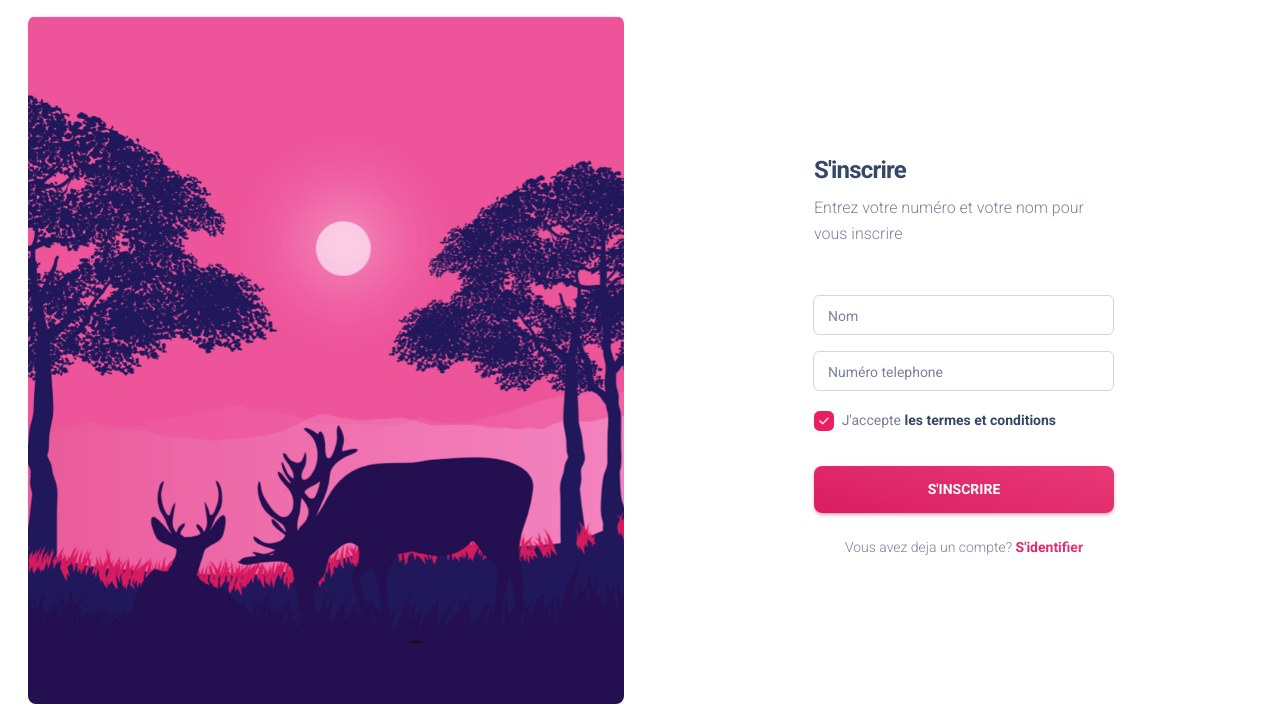
Repository: mohamedaliamri/atlasweb
Page: http://localhost/atlasweb/material-dashboard-master/pages/sign-up.jsp
The author's editor kept a copy of each file at every save. The page is drawn from the files as they stood at one save, then again after the next save.
The browser window is 1280 px wide. The pictures show the whole page.
Some web libraries are served in a nearby version. The page is served by Tomcat 9. Other server files are loaded and not shown.

Above is the page before, as saved 2022-04-03 20:06:24.

### atlasweb/src/main/webapp/material-dashboard-master/pages/sign-up.jsp
<%@ page language="java" contentType="text/html; charset=UTF-8"
    pageEncoding="UTF-8"%>

<!DOCTYPE html>
<html lang="en">

<head>
  <meta charset="utf-8" />
  <meta name="viewport" content="width=device-width, initial-scale=1, shrink-to-fit=no">
  <link rel="apple-touch-icon" sizes="76x76" href="../assets/img/apple-icon.png">
  <link rel="icon" type="image/png" href="../assets/img/favicon.png">
  <title>
    ATLAS WORLD
  </title>
  <!--     Fonts and icons     -->
  <link rel="stylesheet" type="text/css" href="https://fonts.googleapis.com/css?family=Roboto:300,400,500,700,900|Roboto+Slab:400,700" />
  <!-- Nucleo Icons -->
  <link href="../assets/css/nucleo-icons.css" rel="stylesheet" />
  <link href="../assets/css/nucleo-svg.css" rel="stylesheet" />
  <!-- Font Awesome Icons -->
  <script src="https://kit.fontawesome.com/42d5adcbca.js" crossorigin="anonymous"></script>
  <!-- Material Icons -->
  <link href="https://fonts.googleapis.com/icon?family=Material+Icons+Round" rel="stylesheet">
  <!-- CSS Files -->
  <link id="pagestyle" href="../assets/css/material-dashboard.css?v=3.0.1" rel="stylesheet" />
</head>

<body class="">
  <div class="container position-sticky z-index-sticky top-0">
    <div class="row">
      <div class="col-12">
      </div>
    </div>
  </div>
  <main class="main-content  mt-0">
    <section>
      <div class="page-header min-vh-100">
        <div class="container">
          <div class="row">
            <div class="col-6 d-lg-flex d-none h-100 my-auto pe-0 position-absolute top-0 start-0 text-center justify-content-center flex-column">
              <div class="position-relative bg-gradient-primary h-100 m-3 px-7 border-radius-lg d-flex flex-column justify-content-center" style="background-image: url('../assets/img/illustrations/illustration-signup.jpg'); background-size: cover;">
              </div>
            </div>
            <div class="col-xl-4 col-lg-5 col-md-7 d-flex flex-column ms-auto me-auto ms-lg-auto me-lg-5">
              <div class="card card-plain">
                <div class="card-header">
                  <h4 class="font-weight-bolder">S'inscrire</h4>
                  <p class="mb-0">Entrez votre numéro et votre nom pour vous inscrire</p>
                </div>
                <div class="card-body">
                  <form role="form" method="post" action="http://localhost:8080/atlasweb/add">
                    <div class="input-group input-group-outline mb-3">
                      <label class="form-label">Nom</label>
                      <input type="text" class="form-control" name="name">
                    </div>
                    <div class="input-group input-group-outline mb-3">
                      <label class="form-label">Numéro telephone</label>
                      <input type="text" class="form-control" maxlength="8" name="phonenumber">
                    </div>
                    <div class="form-check form-check-info text-start ps-0">
                      <input class="form-check-input" type="checkbox" value="" id="flexCheckDefault" checked>
                      <label class="form-check-label" for="flexCheckDefault">
                        J'accepte <a href="javascript:;" class="text-dark font-weight-bolder">les termes et conditions</a>
                      </label>
                    </div>
                    <div class="text-center">
                      <button type="submit" class="btn btn-lg bg-gradient-primary btn-lg w-100 mt-4 mb-0" name="method" value="signup">S'inscrire</button>
                    </div>
                  </form>
                </div>
                <div class="card-footer text-center pt-0 px-lg-2 px-1">
                  <p class="mb-2 text-sm mx-auto">
                    Vous avez deja un compte?
                    <a href="../pages/sign-in.jsp" class="text-primary text-gradient font-weight-bold">S'identifier</a>
                  </p>
                </div>
              </div>
            </div>
          </div>
        </div>
      </div>
    </section>
  </main>
  <!--   Core JS Files   -->
  <script src="../assets/js/core/popper.min.js"></script>
  <script src="../assets/js/core/bootstrap.min.js"></script>
  <script src="../assets/js/plugins/perfect-scrollbar.min.js"></script>
  <script src="../assets/js/plugins/smooth-scrollbar.min.js"></script>
  <script>
    var win = navigator.platform.indexOf('Win') > -1;
    if (win && document.querySelector('#sidenav-scrollbar')) {
      var options = {
        damping: '0.5'
      }
      Scrollbar.init(document.querySelector('#sidenav-scrollbar'), options);
    }
  </script>
  <!-- Github buttons -->
  <script async defer src="https://buttons.github.io/buttons.js"></script>
  <!-- Control Center for Material Dashboard: parallax effects, scripts for the example pages etc -->
  <script src="../assets/js/material-dashboard.min.js?v=3.0.1"></script>
</body>

</html>

### atlasweb/src/main/webapp/material-dashboard-master/assets/css/nucleo-icons.css
/*--------------------------------

hermes-dashboard-icons Web Font - built using nucleoapp.com
License - nucleoapp.com/license/

-------------------------------- */
@font-face {
  font-family: 'NucleoIcons';
  src: url('../fonts/nucleo-icons.eot');
  src: url('../fonts/nucleo-icons.eot') format('embedded-opentype'), url('../fonts/nucleo-icons.woff2') format('woff2'), url('../fonts/nucleo-icons.woff') format('woff'), url('../fonts/nucleo-icons.ttf') format('truetype'), url('../fonts/nucleo-icons.svg') format('svg');
  font-weight: normal;
  font-style: normal;
}

/*------------------------
    base class definition
-------------------------*/
.ni {
  display: inline-block;
  font: normal normal normal 14px/1 NucleoIcons;
  font-size: inherit;
  text-rendering: auto;
  -webkit-font-smoothing: antialiased;
  -moz-osx-font-smoothing: grayscale;
}

/*------------------------
  change icon size
-------------------------*/
.ni-lg {
  font-size: 1.33333333em;
  line-height: 0.75em;
  vertical-align: -15%;
}

.ni-2x {
  font-size: 2em;
}

.ni-3x {
  font-size: 3em;
}

.ni-4x {
  font-size: 4em;
}

.ni-5x {
  font-size: 5em;
}

/*----------------------------------
  add a square/circle background
-----------------------------------*/
.ni.square,
.ni.circle {
  padding: 0.33333333em;
  vertical-align: -16%;
  background-color: #eee;
}

.ni.circle {
  border-radius: 50%;
}

/*------------------------
  list icons
-------------------------*/
.ni-ul {
  padding-left: 0;
  margin-left: 2.14285714em;
  list-style-type: none;
}

.ni-ul>li {
  position: relative;
}

.ni-ul>li>.ni {
  position: absolute;
  left: -1.57142857em;
  top: 0.14285714em;
  text-align: center;
}

.ni-ul>li>.ni.lg {
  top: 0;
  left: -1.35714286em;
}

.ni-ul>li>.ni.circle,
.ni-ul>li>.ni.square {
  top: -0.19047619em;
  left: -1.9047619em;
}

/*------------------------
  spinning icons
-------------------------*/
.ni.spin {
  -webkit-animation: nc-spin 2s infinite linear;
  -moz-animation: nc-spin 2s infinite linear;
  animation: nc-spin 2s infinite linear;
}

@-webkit-keyframes nc-spin {
  0% {
    -webkit-transform: rotate(0deg);
  }

  100% {
    -webkit-transform: rotate(360deg);
  }
}

@-moz-keyframes nc-spin {
  0% {
    -moz-transform: rotate(0deg);
  }

  100% {
    -moz-transform: rotate(360deg);
  }
}

@keyframes nc-spin {
  0% {
    -webkit-transform: rotate(0deg);
    -moz-transform: rotate(0deg);
    -ms-transform: rotate(0deg);
    -o-transform: rotate(0deg);
    transform: rotate(0deg);
  }

  100% {
    -webkit-transform: rotate(360deg);
    -moz-transform: rotate(360deg);
    -ms-transform: rotate(360deg);
    -o-transform: rotate(360deg);
    transform: rotate(360deg);
  }
}

/*------------------------
  rotated/flipped icons
-------------------------*/
.ni.rotate-90 {
  filter: progid:DXImageTransform.Microsoft.BasicImage(rotation=1);
  -webkit-transform: rotate(90deg);
  -moz-transform: rotate(90deg);
  -ms-transform: rotate(90deg);
  -o-transform: rotate(90deg);
  transform: rotate(90deg);
}

.ni.rotate-180 {
  filter: progid:DXImageTransform.Microsoft.BasicImage(rotation=2);
  -webkit-transform: rotate(180deg);
  -moz-transform: rotate(180deg);
  -ms-transform: rotate(180deg);
  -o-transform: rotate(180deg);
  transform: rotate(180deg);
}

.ni.rotate-270 {
  filter: progid:DXImageTransform.Microsoft.BasicImage(rotation=3);
  -webkit-transform: rotate(270deg);
  -moz-transform: rotate(270deg);
  -ms-transform: rotate(270deg);
  -o-transform: rotate(270deg);
  transform: rotate(270deg);
}

.ni.flip-y {
  filter: progid:DXImageTransform.Microsoft.BasicImage(rotation=0);
  -webkit-transform: scale(-1, 1);
  -moz-transform: scale(-1, 1);
  -ms-transform: scale(-1, 1);
  -o-transform: scale(-1, 1);
  transform: scale(-1, 1);
}

.ni.flip-x {
  filter: progid:DXImageTransform.Microsoft.BasicImage(rotation=2);
  -webkit-transform: scale(1, -1);
  -moz-transform: scale(1, -1);
  -ms-transform: scale(1, -1);
  -o-transform: scale(1, -1);
  transform: scale(1, -1);
}

/*------------------------
    font icons
-------------------------*/

.ni-active-40::before {
  content: "\ea02";
}

.ni-air-baloon::before {
  content: "\ea03";
}

.ni-album-2::before {
  content: "\ea04";
}

.ni-align-center::before {
  content: "\ea05";
}

.ni-align-left-2::before {
  content: "\ea06";
}

.ni-ambulance::before {
  content: "\ea07";
}

.ni-app::before {
  content: "\ea08";
}

.ni-archive-2::before {
  content: "\ea09";
}

.ni-atom::before {
  content: "\ea0a";
}

.ni-badge::before {
  content: "\ea0b";
}

.ni-bag-17::before {
  content: "\ea0c";
}

.ni-basket::before {
  content: "\ea0d";
}

.ni-bell-55::before {
  content: "\ea0e";
}

.ni-bold-down::before {
  content: "\ea0f";
}

.ni-bold-left::before {
  content: "\ea10";
}

.ni-bold-right::before {
  content: "\ea11";
}

.ni-bold-up::before {
  content: "\ea12";
}

.ni-bold::before {
  content: "\ea13";
}

.ni-book-bookmark::before {
  content: "\ea14";
}

.ni-books::before {
  content: "\ea15";
}

.ni-box-2::before {
  content: "\ea16";
}

.ni-briefcase-24::before {
  content: "\ea17";
}

.ni-building::before {
  content: "\ea18";
}

.ni-bulb-61::before {
  content: "\ea19";
}

.ni-bullet-list-67::before {
  content: "\ea1a";
}

.ni-bus-front-12::before {
  content: "\ea1b";
}

.ni-button-pause::before {
  content: "\ea1c";
}

.ni-button-play::before {
  content: "\ea1d";
}

.ni-button-power::before {
  content: "\ea1e";
}

.ni-calendar-grid-58::before {
  content: "\ea1f";
}

.ni-camera-compact::before {
  content: "\ea20";
}

.ni-caps-small::before {
  content: "\ea21";
}

.ni-cart::before {
  content: "\ea22";
}

.ni-chart-bar-32::before {
  content: "\ea23";
}

.ni-chart-pie-35::before {
  content: "\ea24";
}

.ni-chat-round::before {
  content: "\ea25";
}

.ni-check-bold::before {
  content: "\ea26";
}

.ni-circle-08::before {
  content: "\ea27";
}

.ni-cloud-download-95::before {
  content: "\ea28";
}

.ni-cloud-upload-96::before {
  content: "\ea29";
}

.ni-compass-04::before {
  content: "\ea2a";
}

.ni-controller::before {
  content: "\ea2b";
}

.ni-credit-card::before {
  content: "\ea2c";
}

.ni-curved-next::before {
  content: "\ea2d";
}

.ni-delivery-fast::before {
  content: "\ea2e";
}

.ni-diamond::before {
  content: "\ea2f";
}

.ni-email-83::before {
  content: "\ea30";
}

.ni-fat-add::before {
  content: "\ea31";
}

.ni-fat-delete::before {
  content: "\ea32";
}

.ni-fat-remove::before {
  content: "\ea33";
}

.ni-favourite-28::before {
  content: "\ea34";
}

.ni-folder-17::before {
  content: "\ea35";
}

.ni-glasses-2::before {
  content: "\ea36";
}

.ni-hat-3::before {
  content: "\ea37";
}

.ni-headphones::before {
  content: "\ea38";
}

.ni-html5::before {
  content: "\ea39";
}

.ni-istanbul::before {
  content: "\ea3a";
}

.ni-key-25::before {
  content: "\ea3b";
}

.ni-laptop::before {
  content: "\ea3c";
}

.ni-like-2::before {
  content: "\ea3d";
}

.ni-lock-circle-open::before {
  content: "\ea3e";
}

.ni-map-big::before {
  content: "\ea3f";
}

.ni-mobile-button::before {
  content: "\ea40";
}

.ni-money-coins::before {
  content: "\ea41";
}

.ni-note-03::before {
  content: "\ea42";
}

.ni-notification-70::before {
  content: "\ea43";
}

.ni-palette::before {
  content: "\ea44";
}

.ni-paper-diploma::before {
  content: "\ea45";
}

.ni-pin-3::before {
  content: "\ea46";
}

.ni-planet::before {
  content: "\ea47";
}

.ni-ruler-pencil::before {
  content: "\ea48";
}

.ni-satisfied::before {
  content: "\ea49";
}

.ni-scissors::before {
  content: "\ea4a";
}

.ni-send::before {
  content: "\ea4b";
}

.ni-settings-gear-65::before {
  content: "\ea4c";
}

.ni-settings::before {
  content: "\ea4d";
}

.ni-single-02::before {
  content: "\ea4e";
}

.ni-single-copy-04::before {
  content: "\ea4f";
}

.ni-sound-wave::before {
  content: "\ea50";
}

.ni-spaceship::before {
  content: "\ea51";
}

.ni-square-pin::before {
  content: "\ea52";
}

.ni-support-16::before {
  content: "\ea53";
}

.ni-tablet-button::before {
  content: "\ea54";
}

.ni-tag::before {
  content: "\ea55";
}

.ni-tie-bow::before {
  content: "\ea56";
}

.ni-time-alarm::before {
  content: "\ea57";
}

.ni-trophy::before {
  content: "\ea58";
}

.ni-tv-2::before {
  content: "\ea59";
}

.ni-umbrella-13::before {
  content: "\ea5a";
}

.ni-user-run::before {
  content: "\ea5b";
}

.ni-vector::before {
  content: "\ea5c";
}

.ni-watch-time::before {
  content: "\ea5d";
}

.ni-world::before {
  content: "\ea5e";
}

.ni-zoom-split-in::before {
  content: "\ea5f";
}

.ni-collection::before {
  content: "\ea60";
}

.ni-image::before {
  content: "\ea61";
}

.ni-shop::before {
  content: "\ea62";
}

.ni-ungroup::before {
  content: "\ea63";
}

.ni-world-2::before {
  content: "\ea64";
}

.ni-ui-04::before {
  content: "\ea65";
}


/* all icon font classes list here */

### atlasweb/src/main/webapp/material-dashboard-master/assets/css/nucleo-svg.css
/* Generated using nucleoapp.com */
/* --------------------------------

Icon colors

-------------------------------- */

.icon {
  display: inline-block;
  /* icon primary color */
  color: #111111;
  height: 1em;
  width: 1em;
}

.icon use {
  /* icon secondary color - fill */
  fill: #7ea6f6;
}

.icon.icon-outline use {
  /* icon secondary color - stroke */
  stroke: #7ea6f6;
}

/* --------------------------------

Change icon size

-------------------------------- */

.icon-xs {
  height: 0.5em;
  width: 0.5em;
}

.icon-sm {
  height: 0.8em;
  width: 0.8em;
}

.icon-lg {
  height: 1.6em;
  width: 1.6em;
}

.icon-xl {
  height: 2em;
  width: 2em;
}

/* --------------------------------

Align icon and text

-------------------------------- */

.icon-text-aligner {
  /* add this class to parent element that contains icon + text */
  display: flex;
  align-items: center;
}

.icon-text-aligner .icon {
  color: inherit;
  margin-right: 0.4em;
}

.icon-text-aligner .icon use {
  color: inherit;
  fill: currentColor;
}

.icon-text-aligner .icon.icon-outline use {
  stroke: currentColor;
}

/* --------------------------------

Icon reset values - used to enable color customizations

-------------------------------- */

.icon {
  fill: currentColor;
  stroke: none;
}

.icon.icon-outline {
  fill: none;
  stroke: currentColor;
}

.icon use {
  stroke: none;
}

.icon.icon-outline use {
  fill: none;
}

/* --------------------------------

Stroke effects - Nucleo outline icons

- 16px icons -> up to 1px stroke (16px outline icons do not support stroke changes)
- 24px, 32px icons -> up to 2px stroke
- 48px, 64px icons -> up to 4px stroke

-------------------------------- */

.icon-outline.icon-stroke-1 {
  stroke-width: 1px;
}

.icon-outline.icon-stroke-2 {
  stroke-width: 2px;
}

.icon-outline.icon-stroke-3 {
  stroke-width: 3px;
}

.icon-outline.icon-stroke-4 {
  stroke-width: 4px;
}

.icon-outline.icon-stroke-1 use,
.icon-outline.icon-stroke-3 use {
  -webkit-transform: translateX(0.5px) translateY(0.5px);
  -moz-transform: translateX(0.5px) translateY(0.5px);
  -ms-transform: translateX(0.5px) translateY(0.5px);
  -o-transform: translateX(0.5px) translateY(0.5px);
  transform: translateX(0.5px) translateY(0.5px);
}

Loaded but not shown: atlasweb/src/main/webapp/material-dashboard-master/assets/css/material-dashboard.css (library); atlasweb/src/main/webapp/material-dashboard-master/assets/js/core/popper.min.js (library); atlasweb/src/main/webapp/material-dashboard-master/assets/js/core/bootstrap.min.js (library); atlasweb/src/main/webapp/material-dashboard-master/assets/js/plugins/perfect-scrollbar.min.js (library); atlasweb/src/main/webapp/material-dashboard-master/assets/js/plugins/smooth-scrollbar.min.js (library); atlasweb/src/main/webapp/material-dashboard-master/assets/js/material-dashboard.min.js (library)

After the next save:
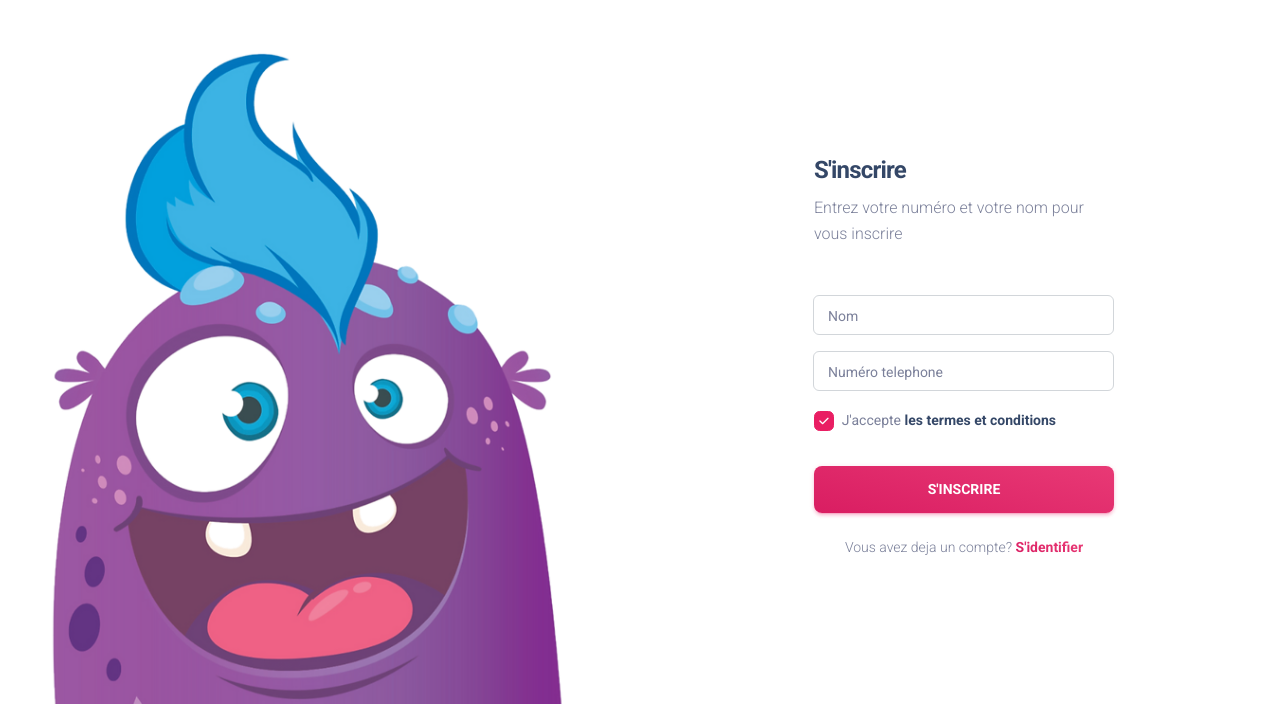
Saved 5 days later.
--- a/atlasweb/src/main/webapp/material-dashboard-master/pages/sign-up.jsp
+++ b/atlasweb/src/main/webapp/material-dashboard-master/pages/sign-up.jsp
@@ -38,7 +38,7 @@
         <div class="container">
           <div class="row">
             <div class="col-6 d-lg-flex d-none h-100 my-auto pe-0 position-absolute top-0 start-0 text-center justify-content-center flex-column">
-              <div class="position-relative bg-gradient-primary h-100 m-3 px-7 border-radius-lg d-flex flex-column justify-content-center" style="background-image: url('../assets/img/illustrations/illustration-signup.jpg'); background-size: cover;">
+              <div class="position-relative bg-gradient-primary h-100 m-3 px-7 border-radius-lg d-flex flex-column justify-content-center" style="background-image: url('../assets/img/test.jpg'); background-size: cover;">
               </div>
             </div>
             <div class="col-xl-4 col-lg-5 col-md-7 d-flex flex-column ms-auto me-auto ms-lg-auto me-lg-5">

After the save that followed:
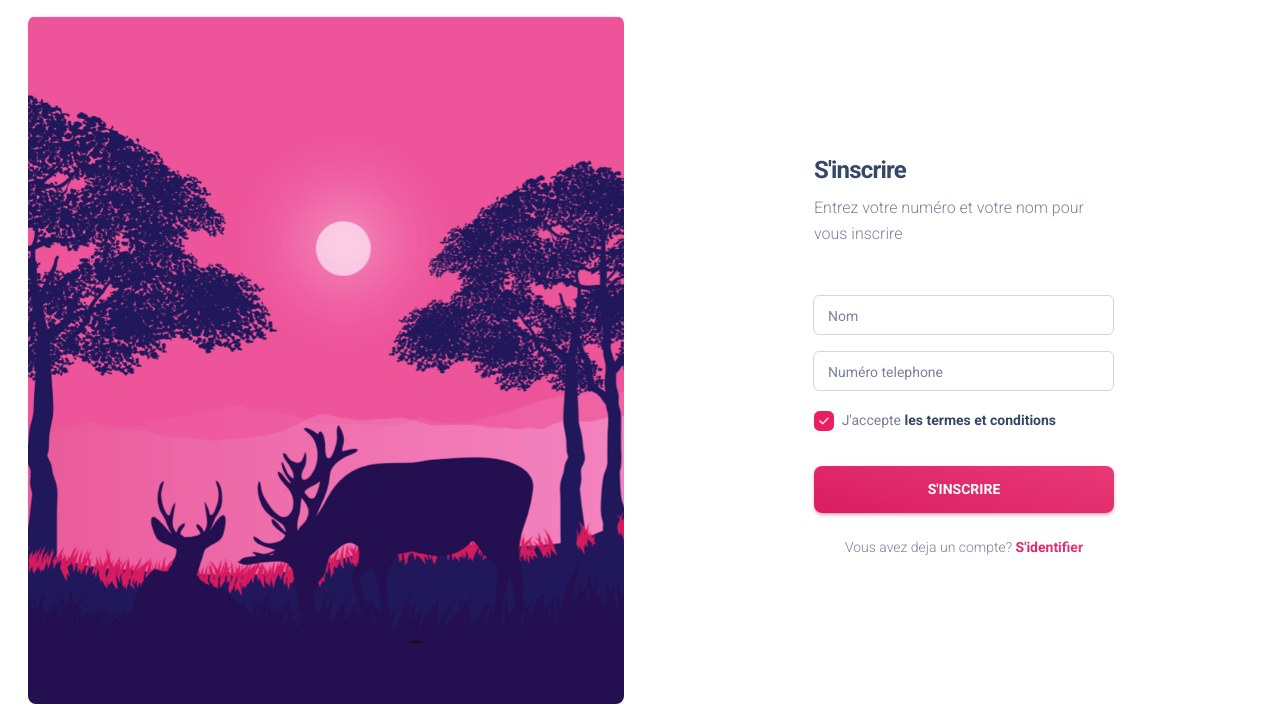
Saved 37 s later.
--- a/atlasweb/src/main/webapp/material-dashboard-master/pages/sign-up.jsp
+++ b/atlasweb/src/main/webapp/material-dashboard-master/pages/sign-up.jsp
@@ -38,7 +38,7 @@
         <div class="container">
           <div class="row">
             <div class="col-6 d-lg-flex d-none h-100 my-auto pe-0 position-absolute top-0 start-0 text-center justify-content-center flex-column">
-              <div class="position-relative bg-gradient-primary h-100 m-3 px-7 border-radius-lg d-flex flex-column justify-content-center" style="background-image: url('../assets/img/test.jpg'); background-size: cover;">
+              <div class="position-relative bg-gradient-primary h-100 m-3 px-7 border-radius-lg d-flex flex-column justify-content-center" style="background-image: url('../assets/img/illustrations/illustration-signup.jpg'); background-size: cover;">
               </div>
             </div>
             <div class="col-xl-4 col-lg-5 col-md-7 d-flex flex-column ms-auto me-auto ms-lg-auto me-lg-5">
